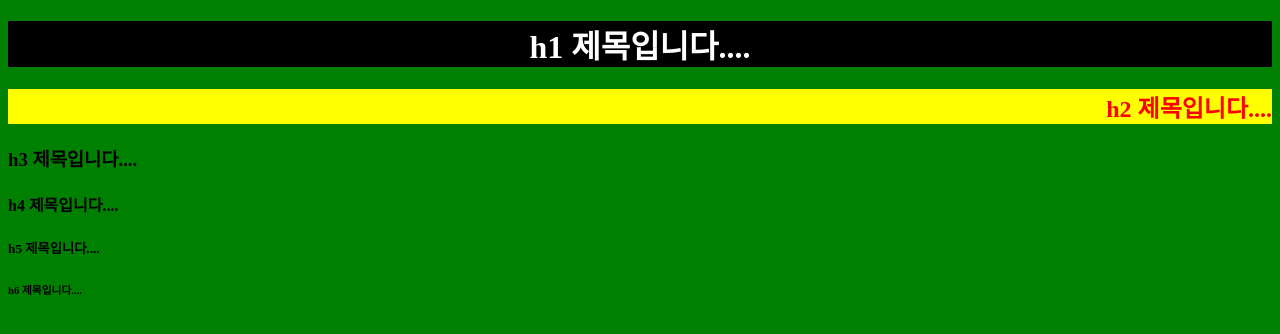
Repository: kmg8138/html
Page: 2020.04.06/ex0406/WebContent/ex01.html
An editor plug-in stored every save of this project. The page is shown before and after the next save, followed by the edit.
The browser window is 1280 px wide. The pictures show the whole page.

Above is the page before, as saved 2020-04-06 00:46:28.

### 2020.04.06/ex0406/WebContent/ex01.html
<!DOCTYPE html>
<html>
<head>
	<meta charset="UTF-8">
	<title>연습 1</title>
	<style>
		h1 {color:white;
		background:black;
		text-align: center;}

		h2{color:red;
		background:yellow;
		text-align: right;}

		body{background: green;}
	</style>

	<script>
		a = 100;
		b = 200;
		alert("a+b=" + (a+b));
	</script>
</head>
<body>
	<!--여기는 주석입니다.-->
	<h1>h1 제목입니다....</h1>
	<h2>h2 제목입니다....</h2>
	<h3>h3 제목입니다....</h3>
	<h4>h4 제목입니다....</h4>
	<h5>h5 제목입니다....</h5>
	<h6>h6 제목입니다....</h6>
</body>
</html>

After the next save:
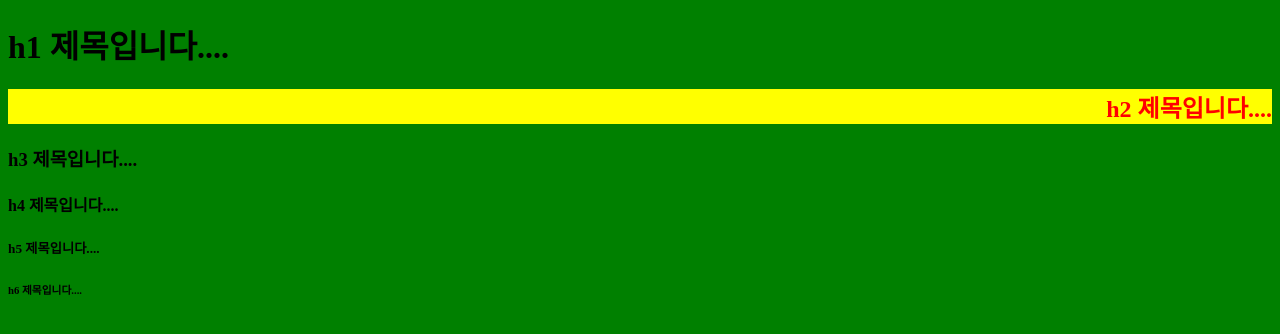
Saved 4 min 17 s later.
--- a/2020.04.06/ex0406/WebContent/ex01.html
+++ b/2020.04.06/ex0406/WebContent/ex01.html
@@ -4,6 +4,7 @@
 	<meta charset="UTF-8">
 	<title>연습 1</title>
 	<style>
+		<!--style 주석-->
 		h1 {color:white;
 		background:black;
 		text-align: center;}
@@ -16,9 +17,8 @@
 	</style>
 
 	<script>
-		a = 100;
-		b = 200;
-		alert("a+b=" + (a+b));
+		//1~100까지의 합계
+		sum=0;
 	</script>
 </head>
 <body>

After the save that followed:
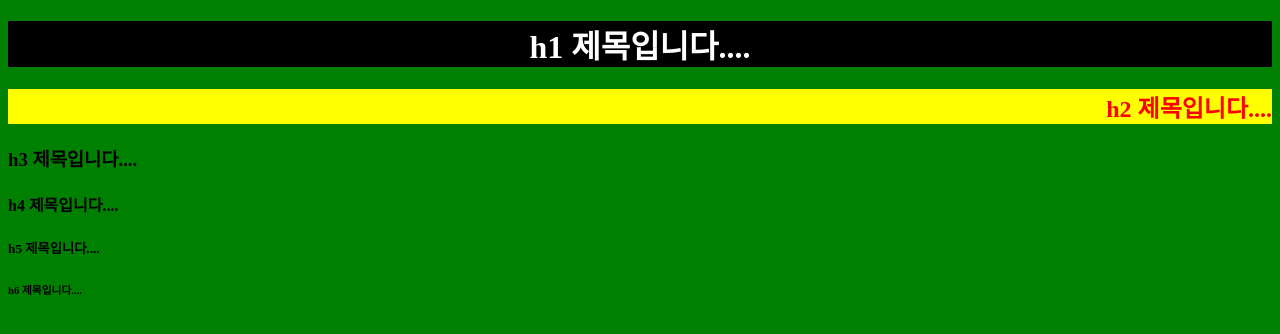
Saved 4 min 56 s later.
--- a/2020.04.06/ex0406/WebContent/ex01.html
+++ b/2020.04.06/ex0406/WebContent/ex01.html
@@ -4,7 +4,7 @@
 	<meta charset="UTF-8">
 	<title>연습 1</title>
 	<style>
-		<!--style 주석-->
+		/*style 주석*/
 		h1 {color:white;
 		background:black;
 		text-align: center;}
@@ -17,12 +17,17 @@
 	</style>
 
 	<script>
-		//1~100까지의 합계
+		//1~100까지의 합계 javascript 주석
 		sum=0;
+
+		for(i=1; i<=100; i++){
+			sum=sum+i;
+		}
+		alert("1~100까지의 합="+sum);
 	</script>
 </head>
 <body>
-	<!--여기는 주석입니다.-->
+	<!--여기는 주석입니다. html 주석-->
 	<h1>h1 제목입니다....</h1>
 	<h2>h2 제목입니다....</h2>
 	<h3>h3 제목입니다....</h3>
